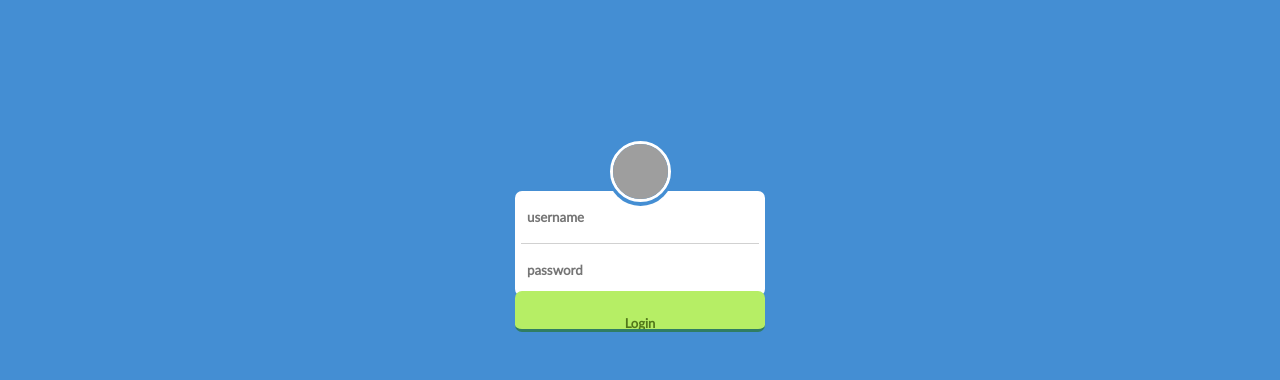
Repository: Naokiyuy/DigitalHum
Page: http://localhost/digital/backend/login.jsp
These files come from the project's save history. The page is drawn as it stood at one moment and after the next save; the edit follows.
The browser window is 1280 px wide. The pictures show the whole page.
Pictures or frames that could not be fetched are drawn as grey boxes. The page is served by Tomcat 9. Nobody is signed in. The application's start-up code is not run.

Above is the page before, as saved 2015-03-23 19:12:13.

After the next save:
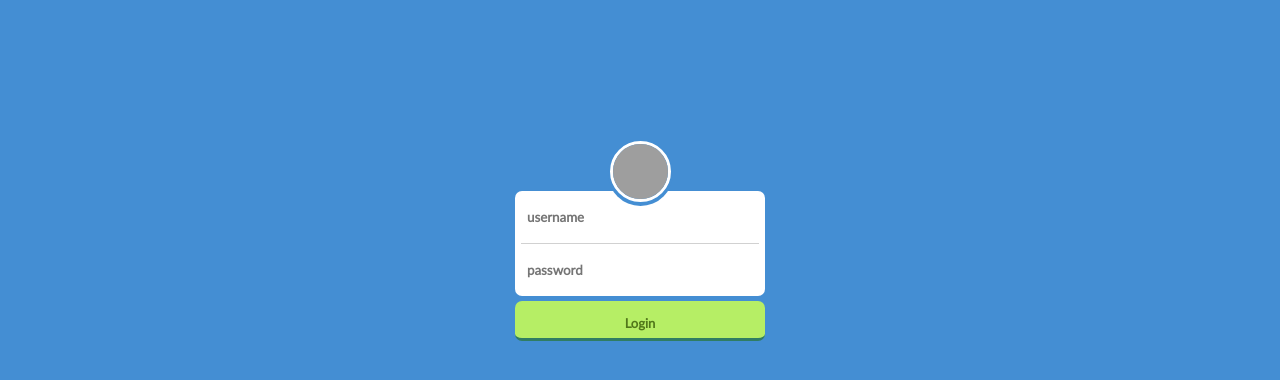
Saved 18 s later.
--- a/digital/src/main/webapp/backend/login.jsp
+++ b/digital/src/main/webapp/backend/login.jsp
@@ -86,12 +86,13 @@ body {
 	border: none;
 	color: #51771a;
   margin-top:-5px;
-	padding-top: 24px;
+	padding-top: 14px;
 	padding-bottom: 14px;
 	outline: none;
 	font-size: 13px;
 	border-bottom: 3px solid #307d63;
 	cursor: pointer;
+	margin-top: 5px;
 }
 </style>
 </head>
